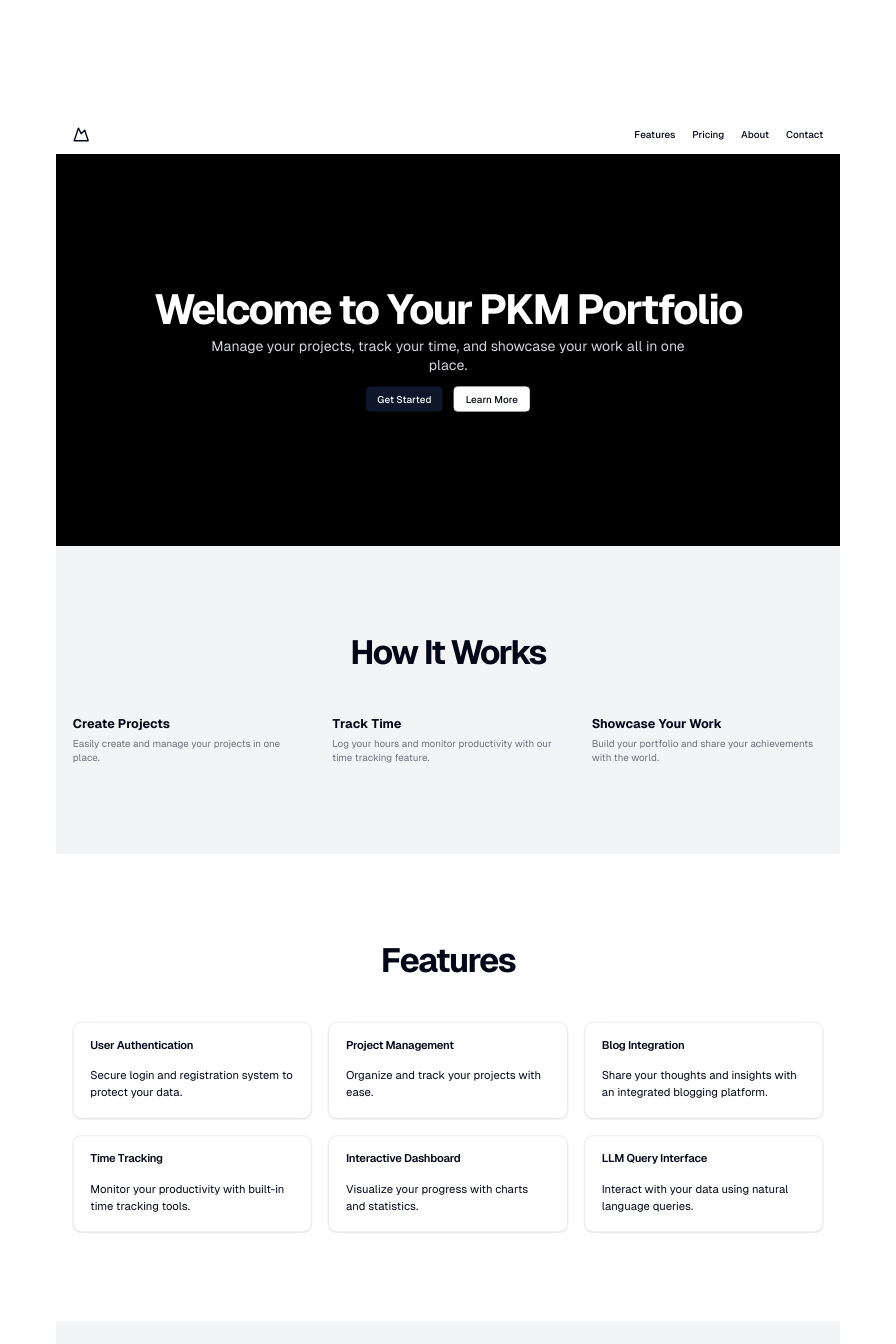
Repository: OriginalLeeDunn/pkm-portfolio
Page: /
An editor plug-in stored every save of this project. The page is shown before and after the next save, followed by the edit.
The browser window is 1280 px wide. The pictures show the part of the page from y = 0 to 1920 px (the page is 3523 px tall before and 2227 px after), at 70% of full size.
The project was rebuilt for these pictures with package versions that can differ from the ones it lists, and the page was loaded fresh each time. The framework's server and built-in components were replaced by stand-ins that run in the browser. Also part of the build but not shown: next.config.mjs.

Above is the page before, as saved 2024-10-16 00:53:53.

After the next save:
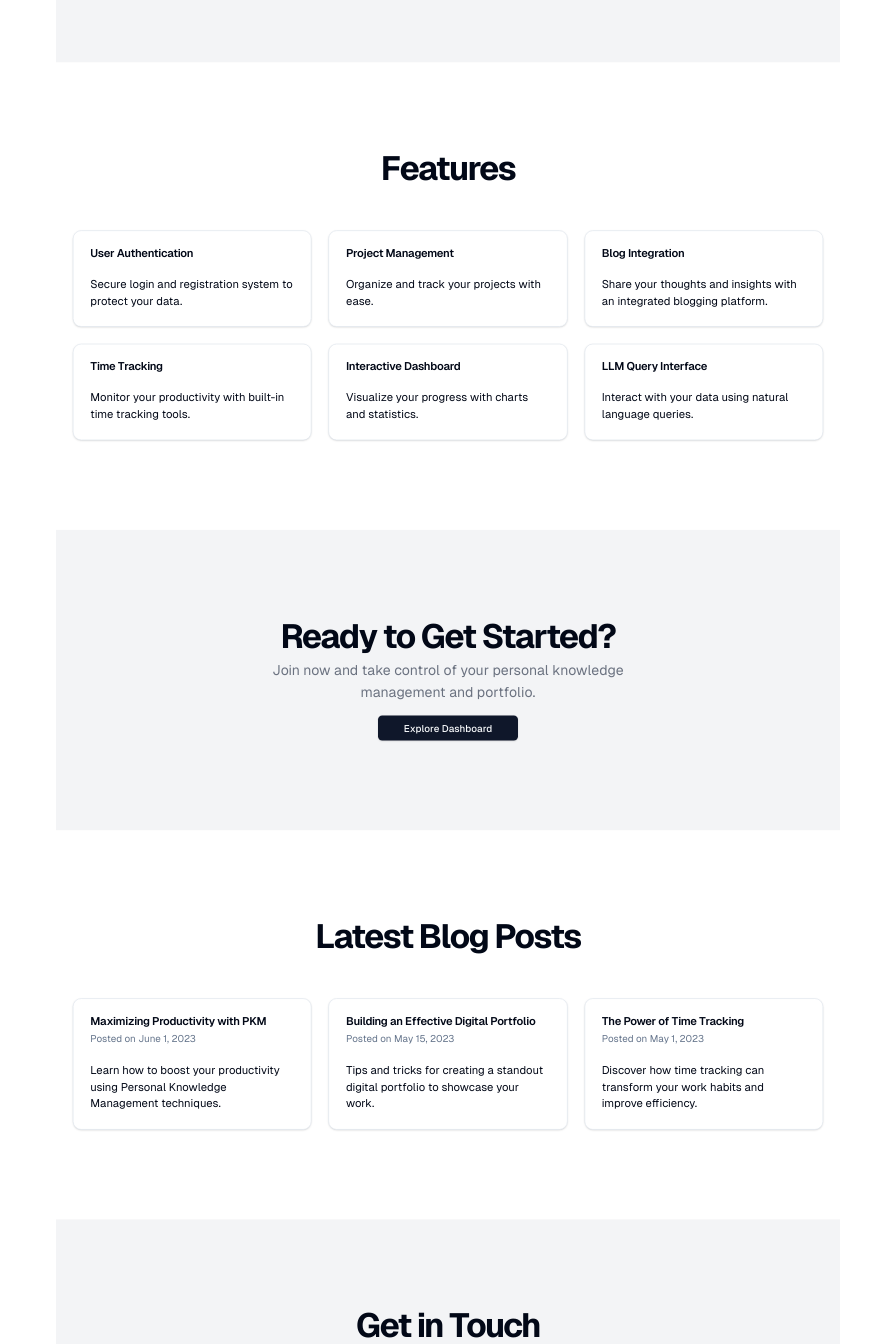
Saved 19 s later.
--- a/src/app/page.tsx
+++ b/src/app/page.tsx
@@ -4,10 +4,10 @@ export default function Home() {
   return (
     <div className="grid grid-rows-[20px_1fr_20px] items-center justify-items-center min-h-screen p-8 pb-20 gap-16 sm:p-20 font-[family-name:var(--font-geist-sans)]">
       <main className="flex flex-col gap-8 row-start-2 items-center sm:items-start">
-       <HomePageComponent/>
+
       </main>
       <footer className="row-start-3 flex gap-6 flex-wrap items-center justify-center">
-
+      <HomePageComponent/>
       </footer>
     </div>
   );
